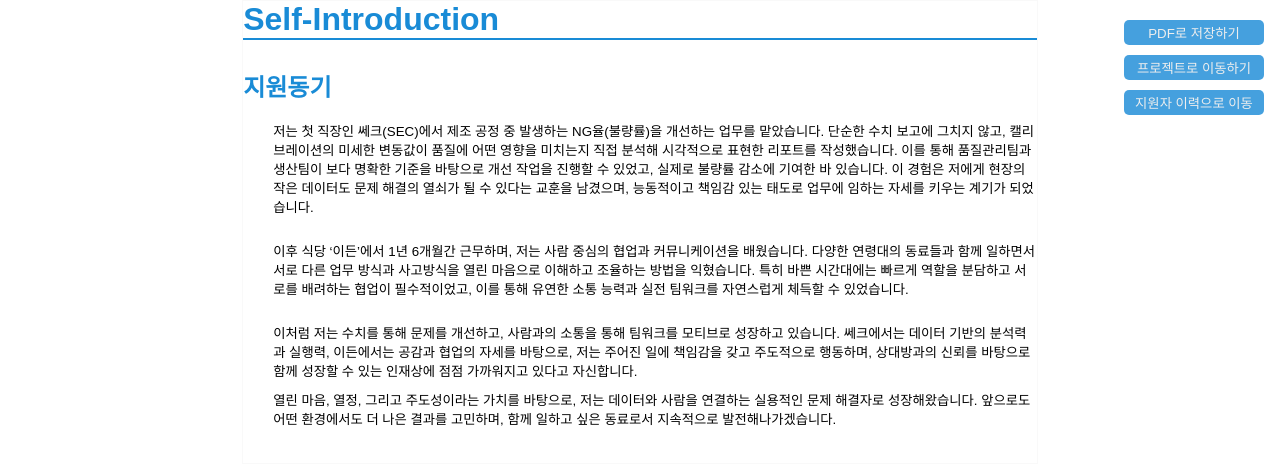
Repository: DooBae-KR/MySelf
Page: /myIntro
An editor plug-in stored every save of this project. The page is shown before and after a run of saves, followed by the edit.
The browser window is 1280 px wide. The pictures show the whole page.
The project was rebuilt for these pictures with package versions that can differ from the ones it lists, and the page was loaded fresh each time. Also part of the build but not shown: src/data/ProjectData.js, src/pages/Project.js, src/data/MyInform.js, src/pages/Myself.js.

Above is the page before, as saved 2025-07-24 19:23:29.

After the next 2 saves:
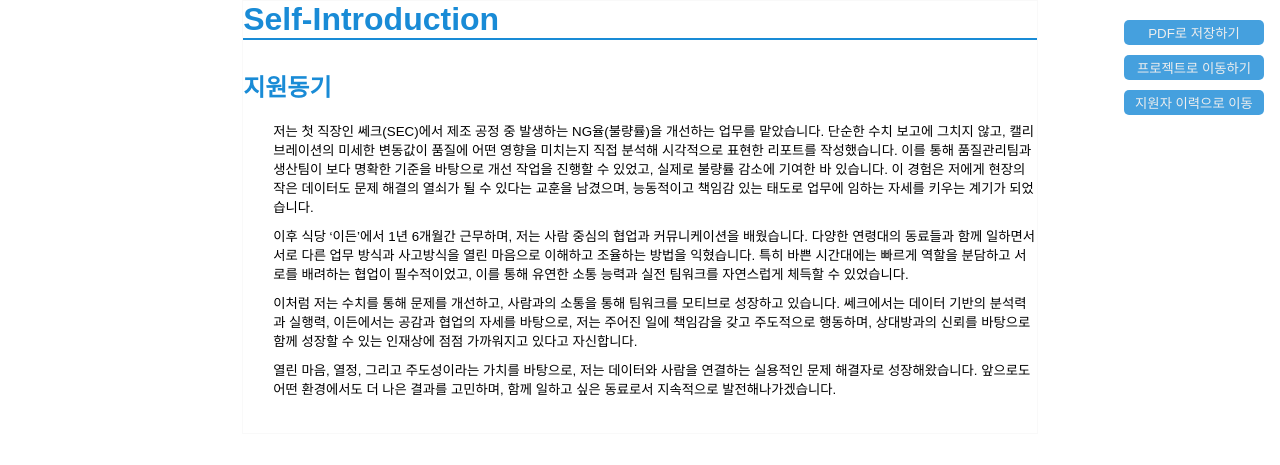
The 2 saves are shown as one change because they came seconds apart.
The last was saved 8 s later.
--- a/src/pages/MyIntroduce.js
+++ b/src/pages/MyIntroduce.js
@@ -14,8 +14,8 @@
                         <div key={index} className="work-item" style={{ marginBottom: "20px" }}>
                             <div  className="contentTitle"><br/>지원동기</div>
                             <div className="work-item">
-                                <pre>{item.context1}</pre><br/>
-                                <pre>{item.context2}</pre><br/>
+                                <pre>{item.context1}</pre>
+                                <pre>{item.context2}</pre>
                                 <pre>{item.context3}</pre>
                                 <pre>{item.end}</pre>
                             </div>
